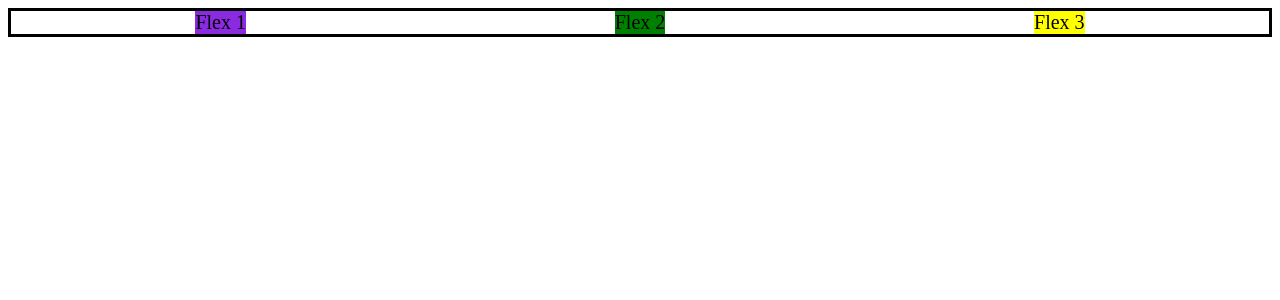
Repository: Kubraaygun/Html_Css_Login
Page: index.html
An editor plug-in stored every save of this project. The page is shown before and after the next save, followed by the edit.
The browser window is 1280 px wide. The pictures show the whole page.

Above is the page before, as saved 2025-03-05 17:24:52.

### index.html
<!DOCTYPE html>
<html lang="en">
  <head>
    <meta charset="UTF-8" />
    <meta name="viewport" content="width=device-width, initial-scale=1.0" />
    <title>HTML</title>
    <link rel="stylesheet" href="style.css" />
  </head>

  <body>
    <div
      style="
        display: flex;
        border: 3px solid black;
        justify-content: space-around;
      "
    >
      <div style="background-color: blueviolet">Flex 1</div>
      <div style="background-color: green">Flex 2</div>
      <div style="background-color: yellow">Flex 3</div>
    </div>
  </body>
</html>

### style.css
body {
  font-size: 20px;
}
.h1:hover {
  background-color: purple;
}
#h1:hover {
  color: purple;
}
.link:hover {
  text-decoration: none;
}

ol {
  background-color: pink;
  margin: 30px 0 20px 10px;
  border: 15px double red;
}

ul {
  background-color: blue;
  margin: 20px;
  border-radius: 20px 0 50px 10px;
}
li {
  padding: 20px;
  margin: 10px;
}

After the next save:
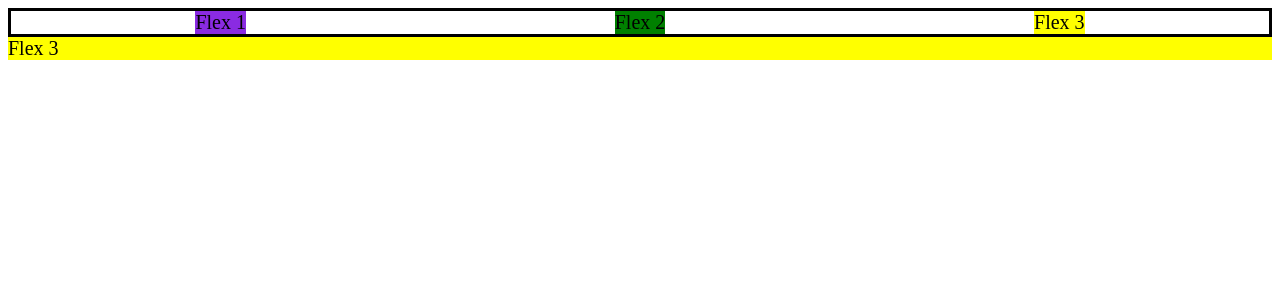
Saved 8 s later.
--- a/index.html
+++ b/index.html
@@ -19,5 +19,7 @@
       <div style="background-color: green">Flex 2</div>
       <div style="background-color: yellow">Flex 3</div>
     </div>
+    <div style="background-color: yellow">Flex 3</div>
+  </div>
   </body>
 </html>

After the save that followed:
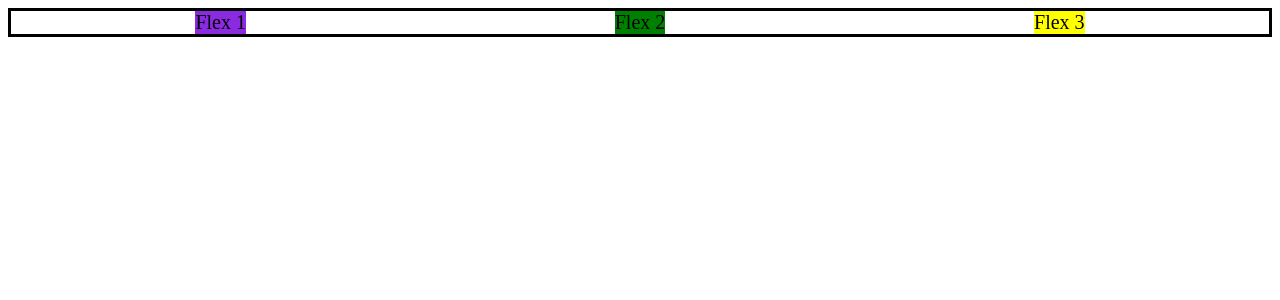
Saved 6 s later.
--- a/index.html
+++ b/index.html
@@ -19,7 +19,7 @@
       <div style="background-color: green">Flex 2</div>
       <div style="background-color: yellow">Flex 3</div>
     </div>
-    <div style="background-color: yellow">Flex 3</div>
+
   </div>
   </body>
 </html>
